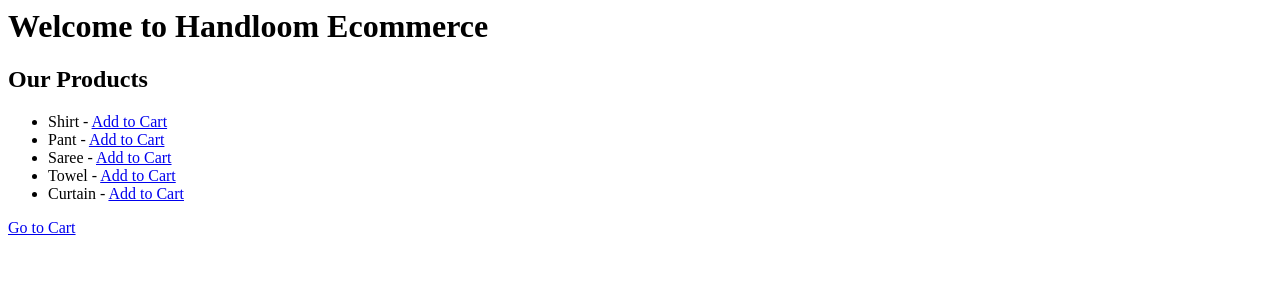
Repository: 2200030277/Handoom_new
Page: http://localhost/HandloomEcommerce/
The author's editor kept a copy of each file at every save. The page is drawn from the files as they stood at one save, then again after the next save.
The browser window is 1280 px wide. The pictures show the whole page.
The page is served by Tomcat 9.

Above is the page before, as saved 2024-12-10 18:01:47.

After the next save:
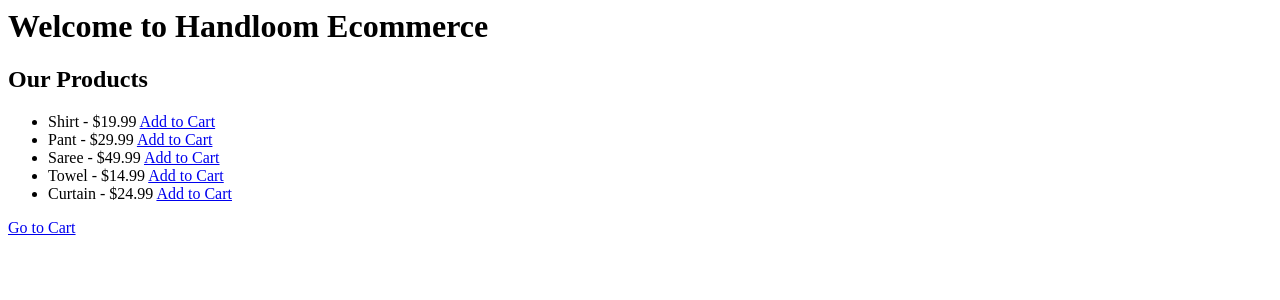
Saved 3 min 54 s later.
--- a/HandloomEcommerce/src/main/webapp/index.jsp
+++ b/HandloomEcommerce/src/main/webapp/index.jsp
@@ -11,15 +11,20 @@
 
     <%
         // Here, you can fetch the list of products from the database
-        // We'll simulate product data for now.
+        // We'll simulate product data with prices for now.
         List<String> products = Arrays.asList("Shirt", "Pant", "Saree", "Towel", "Curtain");
+        List<Double> prices = Arrays.asList(19.99, 29.99, 49.99, 14.99, 24.99); // Simulating prices
     %>
 
     <ul>
         <%
-            for(String product : products) {
+            for (int i = 0; i < products.size(); i++) {
+                String product = products.get(i);
+                double price = prices.get(i);
         %>
-            <li><%= product %> - <a href="CartServlet?product=<%= product %>">Add to Cart</a></li>
+            <li><%= product %> - $<%= price %>
+                <a href="CartServlet?product=<%= product %>&price=<%= price %>">Add to Cart</a>
+            </li>
         <%
             }
         %>
